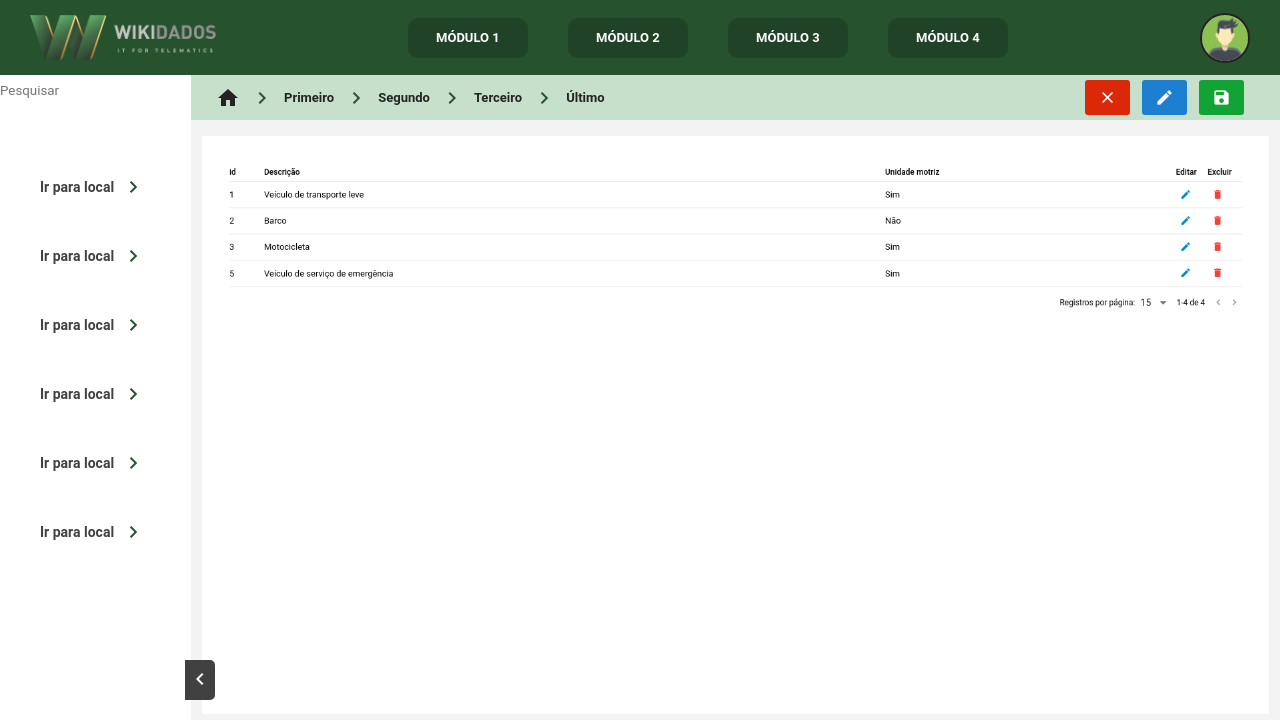
Repository: AlexDjon/alexdjon.github.io
Page: wiki-relayout/index.html
An editor plug-in stored every save of this project. The page is shown before and after the next save, followed by the edit.
The browser window is 1280 px wide. The pictures show the whole page.
Some web fonts or font styles are not loaded; a fallback is used.

Above is the page before, as saved 2020-08-12 17:21:08.

### wiki-relayout/index.html
<!DOCTYPE html>
<html lang="pt-br">

<head>
  <meta charset="UTF-8">
  <meta name="viewport" content="width=device-width, initial-scale=1.0">
  <title>Wiki - Relayout</title>

  <link rel="shotcut icon" href="https://wikidados.com.br/assets/wiki/img/logos/favicon.ico">
  <link href="https://fonts.googleapis.com/icon?family=Material+Icons" rel="stylesheet">
  <link href="https://fonts.googleapis.com/css2?family=Open+Sans:wght@400;600;700&family=Roboto@400;600;&family=Noto+Sans:wght@400;700&display=swap" rel="stylesheet">
  <link rel="stylesheet" href="css/styles.css">
</head>

<body>
  <header class="cabecalho">
    <img src="img/unnamed.png" alt="Logo Wiki" class="logo">

    <div class="modulos">
      <button>Módulo 1</button>
      <button>Módulo 2</button>
      <button>Módulo 3</button>
      <button>Módulo 4</button>
    </div>

    <button class="user">
    </button>
  </header>

  <aside class="areas">
    <ul>
      <li><i class="material-icons">donut_large</i> Editar perfil</li>
      <li><i class="material-icons">grade</i> Favoritos</li>
      <li><i class="material-icons">history</i> Histórico</li>
      <li><i class="material-icons">power_settings_new</i> Sair</li>
    </ul>
  </aside>

  <main class="conteudo">
    <nav class="navbar">
      <div class="search">
        <input type="text" placeholder="Pesquisar">
      </div>
      <ul class="menu">
        <li>Ir para local <i class="material-icons">chevron_right</i></li>
        <li>Ir para local <i class="material-icons">chevron_right</i></li>
        <li>Ir para local <i class="material-icons">chevron_right</i></li>
        <li>Ir para local <i class="material-icons">chevron_right</i></li>
        <li>Ir para local <i class="material-icons">chevron_right</i></li>
        <li>Ir para local <i class="material-icons">chevron_right</i></li>
      </ul>

      <button class="close">
        <i class="material-icons">chevron_left</i>
      </button>
    </nav>

    <div class="meio">
      <div class="barra">
        <ul class="caminho">
          <li>
            <i class="material-icons">home</i>
          </li>
          <li id="separator">
            <i class="material-icons">chevron_right</i>
          </li>
          <li>
            Primeiro
          </li>
          <li id="separator">
            <i class="material-icons">chevron_right</i>
          </li>
          <li>
            Segundo
          </li>
          <li id="separator">
            <i class="material-icons">chevron_right</i>
          </li>
          <li>
            Terceiro
          </li>
          <li id="separator">
            <i class="material-icons">chevron_right</i>
          </li>
          <li>
            Último
          </li>
        </ul>

        <div class="list-buttons">
          <button>
            <i class="material-icons">close</i>
          </button>
          <button>
            <i class="material-icons">edit</i>
          </button>
          <button>
            <i class="material-icons">save</i>
          </button>
        </div>
      </div>

      <div class="viewer">
        <img src="img/tabela-exemplo.png" alt="Tabela">
      </div>
    </div>

  </main>

  <script src="js/scripts.js"></script>
</body>

</html>

### wiki-relayout/css/styles.css
* {
  padding: 0;
  margin: 0;
  font-weight: 100%;
  font-family: 'Roboto', sans-serif;
  border: 0;
  outline: 0;
  box-sizing: border-box;
}

body {
  background: #f3f3f3;
}

:root {
  --verdeW: #26522e;
  --verdeW2: #204226;
  --verdeW-semi: #c6e0cc;
  --verde: #32a852;
  --black: #232323;
  --black2: #414141;
  --white: #ffffff;
  --grey: #3b3b3b;
  --shadow: -4px 4px 8px 0px rgba(10, 10, 10, 0.27);
  --cabecalhoY: 75px;
  --barrY: 45px;
}

/* CABECALHO */
.cabecalho {
  width: 100%;
  height: var(--cabecalhoY);
  background: var(--verdeW);
  padding: 10px 30px;
  display: flex;
  justify-content: space-between;
  align-items: center;
}

.cabecalho .logo {
  height: 45px;
}

.cabecalho .modulos {
  display: flex;
}
.cabecalho .modulos button {
  margin: 0 20px;
  width: 120px;
  height: 40px;
  border-radius: 10px;
  background-color: var(--verdeW2);
  color: var(--white);
  font-size: 13px;
  text-transform: uppercase;
  font-weight: 600;
  cursor: pointer;
  transition: filter 0.3s;
}
.cabecalho .modulos button:hover {
  filter: brightness(90%);
}
.cabecalho .user {
  height: 50px;
  width: 50px;
  border-radius: 50%;
  border: solid 2px var(--black);

  background-image: url(../img/avatar1.png);
  background-size: cover;
  background-position: center center;

  cursor: pointer;
}

/* AREAS */
.areas {
  display: none;
  min-width: 180px;
  position: absolute;
  top: var(--cabecalhoY);
  right: 0;
  background-color: var(--white);
  box-shadow: var(--shadow);
}
.areas.ativo {
  display: block;
}
.areas ul {
  list-style: none;
  padding: 10px 20px 10px 40px;
}
.areas ul li {
  margin: 17px 0;
  font-size: 15px;
  color: var(--black2);

  display: flex;
  justify-content: flex-start;
  align-items: center;
  transition: color 0.3s;
  cursor: pointer;
}
.areas ul li:hover {
  color: var(--black);
}
.areas ul li i {
  margin-right: 8px;
  font-size: 17px;
  color: var(--verdeW);
}


/* NAVBAR */
.navbar {
  width: 210px;
  height: calc(100vh - var(--cabecalhoY));
  background: var(--white);
  /* border-bottom: solid 20px var(--verdeW); */
}
.navbar.ativo {
  width: 0;
}
.navbar .menu {
  padding: 50px 0 50px 30px;
  display: flex;
  flex-direction: column;
  justify-content: flex-start;
  align-items: flex-start;
  list-style: none;
}
.navbar .menu li {
  margin: 14px 0;
  font-weight: 600;
  color: var(--black2);
  font-size: 14px;
  padding: 7px 3px 10px 10px;
  /* border-bottom: solid 1px var(--white);
  border-radius: 0 0 5px 0; */

  display: flex;
  justify-content: space-between;
  align-items: center;

  cursor: pointer;
}
.navbar .menu li i {
  margin-left: 7px;
  color: var(--black2);
}
.navbar .menu li i {
  color: var(--verdeW);
}
.navbar .close {
  position: absolute;
  bottom: 20px;
  width: 30px;
  border-radius: 0 5px 5px 0;
  height: 40px;
  background: var(--black2);
  left: 184.92px;
  margin: 0;
  cursor: pointer;
  transition: filter 0.3s;
}
.navbar .close:hover {
  filter: brightness(110%);
}
.navbar .close i {
  color: var(--white);
}
.navbar .search {
  width: 100%;
  margin: 5px 0;
}

/* CONTEUDO */
.conteudo {
  width: 100%;
  height: calc(100vh - var(--cabecalhoY));

  display: flex;
}

.meio {
  width: 100%;
  display: flex;
  flex-direction: column;
}

.meio .barra {
  width: 100%;
  height: var(--barrY);
  padding: 0 20px;
  margin-bottom: 10px;
  background-color: var(--verdeW-semi);
  display: flex;
  justify-content: space-between;
  align-items: center;
}
/*
.meio .barra div#separator span i {
  margin: 0 5px;
  color: var(--verdeW);
} */
.meio .barra .caminho {
  height: var(--barrY);
  display: flex;
  align-items: center;
  list-style: none;
}
.meio .barra .caminho li {
  height: var(--barrY);
  margin: 0 5px;
  font-size: 13px;
  font-weight: 600;
  color: var(--black);
  display: flex;
  align-items: center;
}
.meio .barra .caminho li:not(#separator) {
  cursor: pointer;
}

.meio .barra .caminho li#separator {
  color: var(--verdeW);
}

.list-buttons {
  margin: 0 10px;
  display: flex;
}
.list-buttons button {
  height: 35px;
  width: 45px;
  margin: 0 6px 0 6px;
  border-radius: 3px;
  display: flex;
  justify-content: center;
  align-items: center;
  /* border: solid 1px var(--white); */
  background: var(--verdeW2);
  cursor: pointer;
}
.list-buttons button i {
  font-size: 19px;
  color: var(--white);
}
.list-buttons button:nth-child(1) {
  background: #db2809;
}
.list-buttons button:nth-child(2) {
  background: #1d7fcf;
}
.list-buttons button:nth-child(3) {
  background: #11a333;
}

/* VIEWER */
.viewer {
  width: 98%;
  margin: 6px 1%;
  padding: 20px;
  height: calc(100vh - calc(var(--cabecalhoY) + var(--barrY)) - 12px);
  background-color: var(--white);
  display: flex;
  justify-content: center;
  align-items: flex-start;
}

.viewer img {
  width: 100%;
}

### wiki-relayout/js/scripts.js
function getItem (info) {
  return document.querySelector(info)
}

getItem('.user').addEventListener('click', () => {
  getItem('.areas').classList.toggle('ativo')
})

getItem('.navbar .close').addEventListener('click', function () {

  getItem('.navbar').classList.toggle('ativo')

  const thisIcon = (context, value, action = 'get') => {
    if (action == 'get') {
      return context.firstElementChild
    }
    else if (action == 'change') {
      context.firstElementChild.textContent = value
    }
  }

  const icon = thisIcon(this).textContent

  if (icon === 'chevron_left') {
    this.style.left = '0px'
    thisIcon(this, 'chevron_right', 'change')
  }
  else {
    this.style.left = '184.92px'
    thisIcon(this, 'chevron_left', 'change')
  }
})

After the next save:
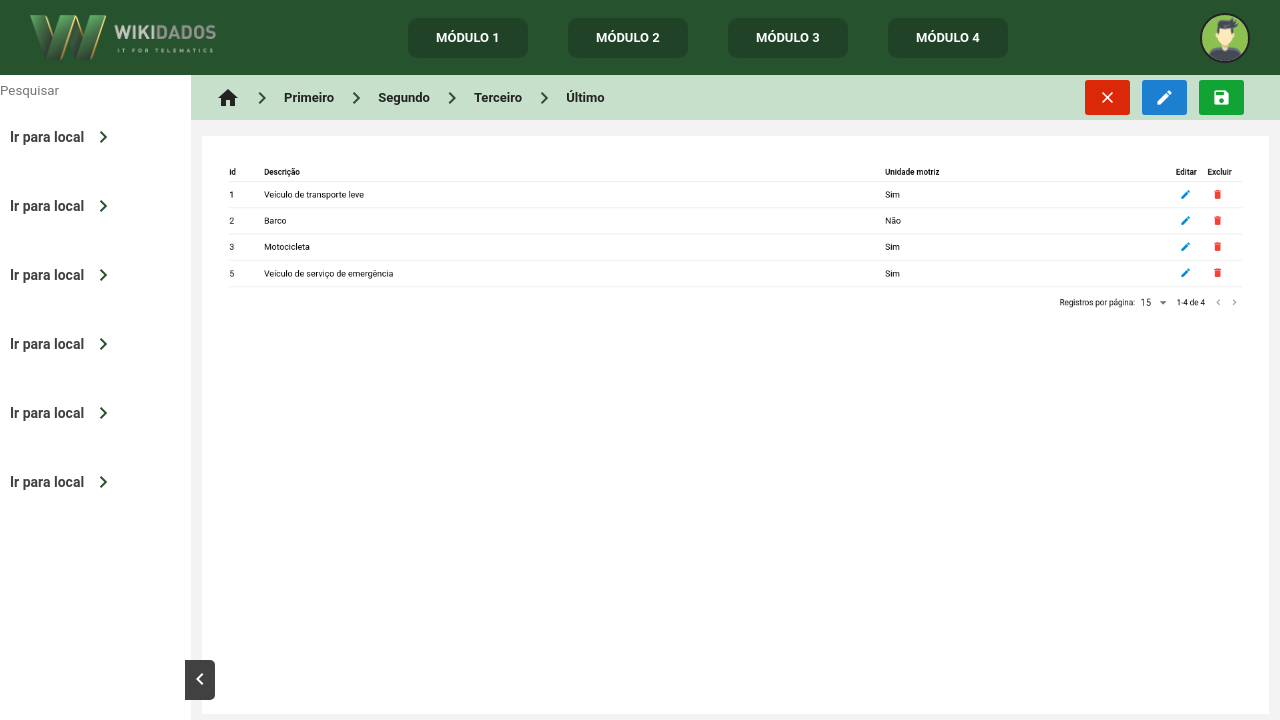
Saved 29 s later.
--- a/wiki-relayout/css/styles.css
+++ b/wiki-relayout/css/styles.css
@@ -122,10 +122,10 @@ body {
   width: 0;
 }
 .navbar .menu {
-  padding: 50px 0 50px 30px;
+  padding: 0 0 50px 0;
   display: flex;
   flex-direction: column;
-  justify-content: flex-start;
+  justify-content: center;
   align-items: flex-start;
   list-style: none;
 }
